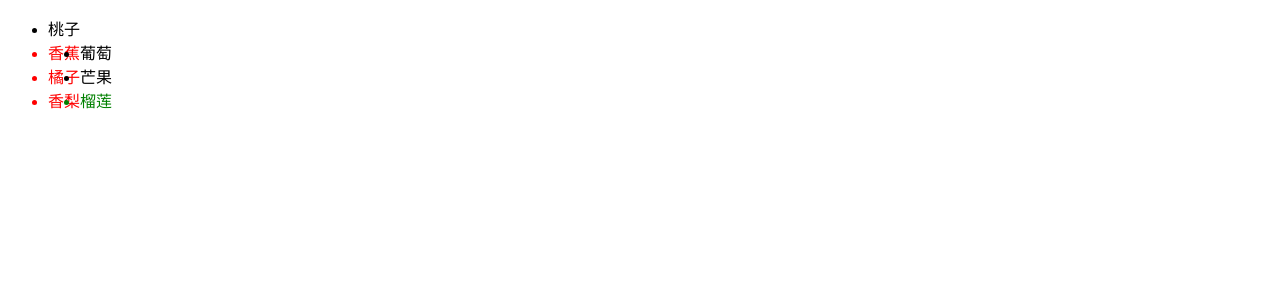
Repository: yanran12345/02-common-knowledge
Page: 02 css样式/01 sass样式.html
The author's editor kept a copy of each file at every save. The page is drawn from the files as they stood at one save, then again after the next save.
The browser window is 1280 px wide. The pictures show the whole page.

Above is the page before, as saved 2021-06-25 15:22:04.

### 02 css样式/01 sass样式.html
<!DOCTYPE html>
<html lang="en">
<head>
  <meta charset="UTF-8">
  <meta http-equiv="X-UA-Compatible" content="IE=edge">
  <meta name="viewport" content="width=device-width, initial-scale=1.0">
  <title>Document</title>
</head>
<style>
  /* n从0开始 偶数2n 奇数2n-1 开始3个 -n+3 */
  .item:nth-child(2n) {
    float: left;
    color: red;
  }
  .item:last-child {
    color: green;
  }
  /* 清楚浮动 */
  .clearfix::after{
    zoom:1;
    content: '';
    height: 0;
    line-height: 0;
    display: block;
    clear: both;
    visibility: hidden;
  }
</style>
<body>
  <div class="contentWrap">
    <ul class="fruits clearfix">
      <li class="item">桃子</li>
      <li class="item">香蕉</li>
      <li class="item">葡萄</li>
      <li class="item">橘子</li>
      <li class="item">芒果</li>
      <li class="item">香梨</li>
      <li class="item">榴莲</li>
    </ul>
  </div>
</body>
</html>

After the next save:
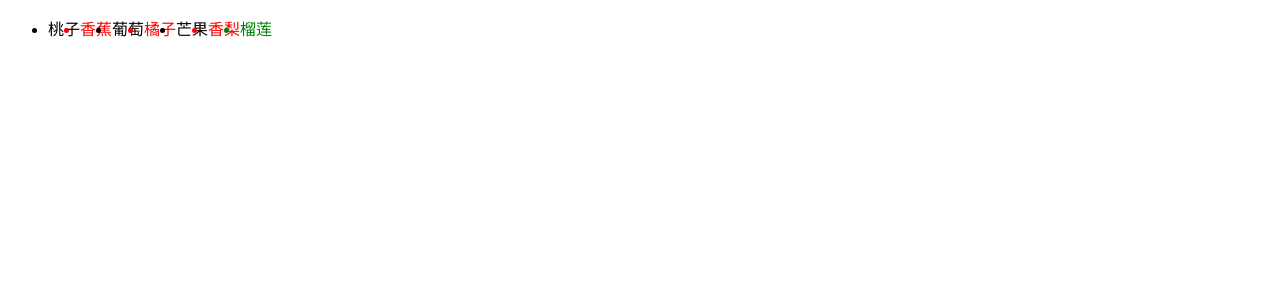
Saved 27 s later.
--- a/02 css样式/01 sass样式.html
+++ b/02 css样式/01 sass样式.html
@@ -9,8 +9,10 @@
 <style>
   /* n从0开始 偶数2n 奇数2n-1 开始3个 -n+3 */
   .item:nth-child(2n) {
+    color: red;
+  }
+  li {
     float: left;
-    color: red;
   }
   .item:last-child {
     color: green;
